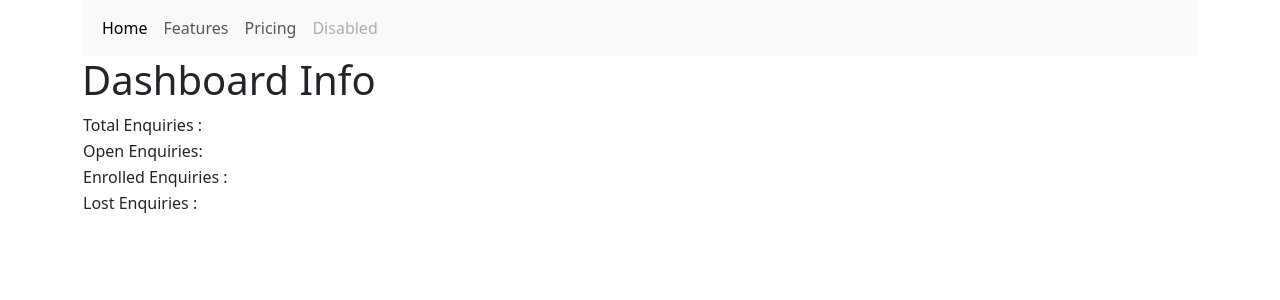
Repository: lakshmi0817/Jrtp_projects
Page: http://localhost/dashboard
The author's editor kept a copy of each file at every save. The page is drawn from the files as they stood at one save, then again after the next save.
The browser window is 1280 px wide. The pictures show the whole page.
The page is this project's Thymeleaf template; nobody is signed in. The template is opened directly, without the code that normally fills it, so the values that code supplies are empty.

Above is the page before, as saved 2025-01-02 16:06:35.

### 01_Mini_Project/src/main/resources/templates/dashboard.html
<!doctype html>
<html lang="en">
  <head>
    <meta charset="utf-8">
    <meta name="viewport" content="width=device-width, initial-scale=1">
    <title>Dashboard</title>
    <link href="https://cdn.jsdelivr.net/npm/bootstrap@5.3.3/dist/css/bootstrap.min.css" rel="stylesheet" integrity="sha384-QWTKZyjpPEjISv5WaRU9OFeRpok6YctnYmDr5pNlyT2bRjXh0JMhjY6hW+ALEwIH" crossorigin="anonymous">
  </head>
  <body>
	<div class = "container">

		<nav class="navbar navbar-expand-lg bg-body-tertiary">
		  <div class="container-fluid">
		    <button class="navbar-toggler" type="button" data-bs-toggle="collapse" data-bs-target="#navbarNav" aria-controls="navbarNav" aria-expanded="false" aria-label="Toggle navigation">
		      <span class="navbar-toggler-icon"></span>
		    </button>
		    <div class="collapse navbar-collapse" id="navbarNav">
		      <ul class="navbar-nav">
		        <li class="nav-item">
		          <a class="nav-link active" aria-current="page" href="dashboard.html">Home</a>
		        </li>
		        <li class="nav-item">
		          <a class="nav-link" href="#">Features</a>
		        </li>
		        <li class="nav-item">
		          <a class="nav-link" href="#">Pricing</a>
		        </li>
		        <li class="nav-item">
		          <a class="nav-link disabled" aria-disabled="true">Disabled</a>
		        </li>
		      </ul>
		    </div>
		  </div>
		</nav>

		<h1>Dashboard Info</h1>

		<table>
			<tr>
				<td>Total Enquiries : </td>
				<td th:text = "${dbDTO.totEnquiry}"></td>
			</tr>

			<tr>
				<td>Open Enquiries: </td>
				<td th:text = "${dbDTO.openEnquiry}"></td>
			</tr>

			<tr>
				<td>Enrolled Enquiries : </td>
				<td th:text = "${dbDTO.enrolledEnquiry}"></td>
			</tr>

			<tr>
			    <td>Lost Enquiries : </td>
				<td th:text = "${dbDTO.lostEnquiry}"></td>
			</tr>
		</table>


		</div>
    <script src="https://cdn.jsdelivr.net/npm/bootstrap@5.3.3/dist/js/bootstrap.bundle.min.js" integrity="sha384-YvpcrYf0tY3lHB60NNkmXc5s9fDVZLESaAA55NDzOxhy9GkcIdslK1eN7N6jIeHz" crossorigin="anonymous"></script>
  </body>
</html>

After the next save:
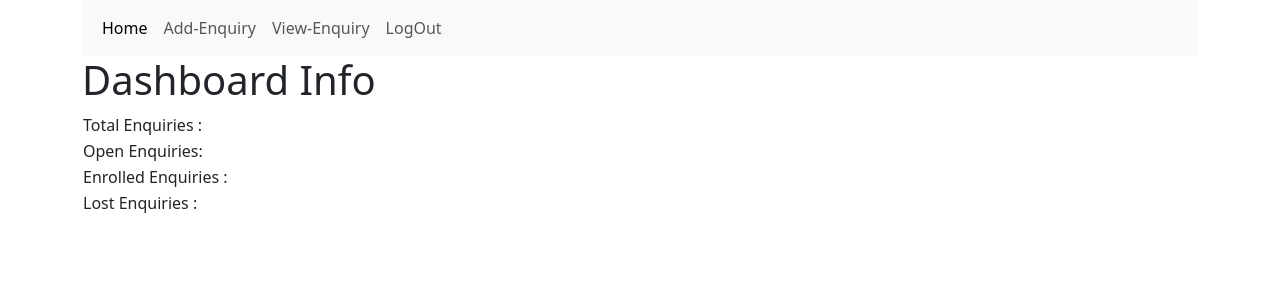
Saved 80 s later.
--- a/01_Mini_Project/src/main/resources/templates/dashboard.html
+++ b/01_Mini_Project/src/main/resources/templates/dashboard.html
@@ -20,14 +20,15 @@
 		          <a class="nav-link active" aria-current="page" href="dashboard.html">Home</a>
 		        </li>
 		        <li class="nav-item">
-		          <a class="nav-link" href="#">Features</a>
+		          <a class="nav-link" href="#">Add-Enquiry</a>
 		        </li>
 		        <li class="nav-item">
-		          <a class="nav-link" href="#">Pricing</a>
+		          <a class="nav-link" href="#">View-Enquiry</a>
 		        </li>
-		        <li class="nav-item">
-		          <a class="nav-link disabled" aria-disabled="true">Disabled</a>
-		        </li>
+				<li class="nav-item">
+				  <a class="nav-link" href="#">LogOut</a>
+			    </li>
+
 		      </ul>
 		    </div>
 		  </div>
